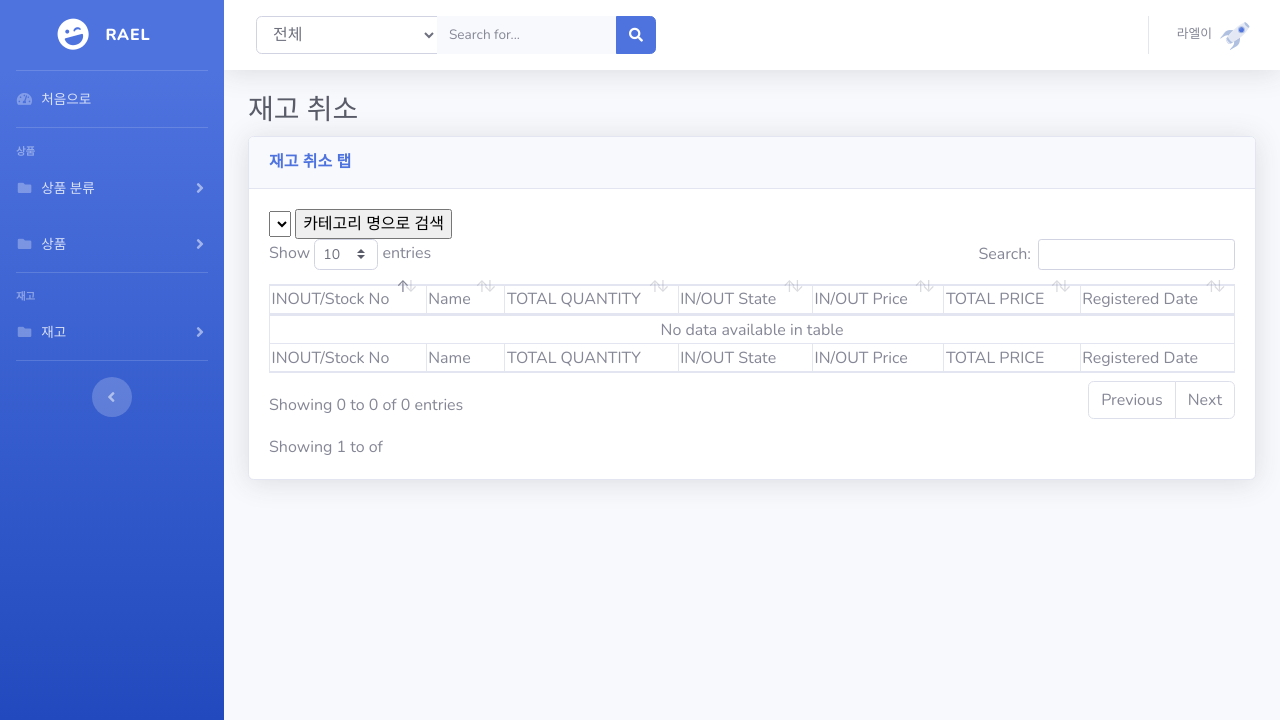
Repository: sww232/springRaelProject
Page: http://localhost/rael/WEB-INF/views/stock/stock_history_cancel.jsp
An editor plug-in stored every save of this project. The page is shown before and after the next save, followed by the edit.
The browser window is 1280 px wide. The pictures show the whole page.
The page is served by Tomcat 9. Nobody is signed in. Other server files are loaded and not shown. The template is opened directly, without the code that normally fills it, so the values that code supplies are empty.

Above is the page before, as saved 2022-10-12 09:02:58.

### raelproject3/rael/src/main/webapp/WEB-INF/views/stock/stock_history_cancel.jsp
<%@ page language="java" contentType="text/html; charset=UTF-8" pageEncoding="UTF-8"%>
<%@ taglib uri="http://java.sun.com/jsp/jstl/core" prefix="c"%>
<!DOCTYPE html>
<html>
<head>
<meta http-equiv="X-UA-Compatible" content="IE=edge">
<meta name="viewport" content="width=device-width, initial-scale=1, shrink-to-fit=no">
<meta name="description" content="">
<meta name="author" content="">
<meta charset="UTF-8">
<title>상품 조회</title>

<link href="/vendor/fontawesome-free/css/all.min.css" rel="stylesheet" type="text/css">
<!--  link href="/css/modal.css" rel="stylesheet" type="text/css" -->
<link href="https://fonts.googleapis.com/css?family=Nunito:200,200i,300,300i,400,400i,600,600i,700,700i,800,800i,900,900i" rel="stylesheet">

<!-- Custom styles for this template -->
<link href="/css/sb-admin-2.min.css" rel="stylesheet">
<!-- Custom styles for this page -->
<link href="/vendor/datatables/dataTables.bootstrap4.min.css" rel="stylesheet">

<script src="/vendor/jquery/jquery.min.js"></script>
<script src="/vendor/bootstrap/js/bootstrap.bundle.min.js"></script>

<!-- Core plugin JavaScript-->
<script src="/vendor/jquery-easing/jquery.easing.min.js"></script>

<!-- Custom scripts for all pages-->
<script src="/js/sb-admin-2.min.js"></script>

<!-- Page level plugins -->
<script src="/vendor/datatables/jquery.dataTables.min.js"></script>
<script src="/vendor/datatables/dataTables.bootstrap4.min.js"></script>

<!-- Page level custom scripts -->
<script src="/js/demo/datatables-demo.js"></script>

<script type="text/javascript">
	// 팝업오픈하여 폼데이터 Post 전송
	function popup(frm) {
		if (confirm("정말 재고를 취소할까요?")) {
			return true;
		} else
			return;

	}
</script>
</head>
<body id="page-top">
	<form>
		<div class="modal fade" id="moaModal1" tabindex="-1" role="dialog" aria-labelledby="exampleModalLabel" aria-hidden="true">

			<div class="modal-dialog" role="document">
				<div class="modal-content">
					<div class="modal-header">
						<h5 class="modal-title" id="exampleModalLabel">상품 등록을 위한 카테고리 선택</h5>
						<button class="close" type="button" data-dismiss="modal" aria-label="Close">
							<span aria-hidden="true">x</span>
						</button>
					</div>
					<div class="modal-body">
						<select name="categoryBox1" id="categoryBox1">
							<option value="defaultValue" selected></option>
							<c:forEach var="list" items="${categorynums}">
								<option value="${list}">${list}</option>
							</c:forEach>
						</select>
					</div>
					<div class="modal-footer">
						<button class="btn btn-primary" type="button" data-dismiss="modal">Cancel</button>
						<button class="btn btn-primary" type="submit" formaction="/product/product_insert">Choice</button>
					</div>
				</div>
			</div>
		</div>
		<div class="modal fade" id="moaModal2" tabindex="-1" role="dialog" aria-labelledby="exampleModalLabel" aria-hidden="true">

			<div class="modal-dialog" role="document">
				<div class="modal-content">
					<div class="modal-header">
						<h5 class="modal-title" id="exampleModalLabel">상품 추가 등록을 위한 카테고리 선택</h5>
						<button class="close" type="button" data-dismiss="modal" aria-label="Close">
							<span aria-hidden="true">x</span>
						</button>
					</div>
					<div class="modal-body">
						<select name="categoryBox2" id="categoryBox2">
							<option value="defaultValue" selected></option>
							<c:forEach var="list" items="${categorynums}">
								<option value="${list}">${list}</option>
							</c:forEach>
						</select>
					</div>
					<div class="modal-footer">
						<button class="btn btn-primary" type="button" data-dismiss="modal">Cancel</button>
						<button class="btn btn-primary" type="submit" formaction="/product/product_insert_detail">Choice</button>
					</div>
				</div>
			</div>
		</div>
		<div class="modal fade" id="moaModal3" tabindex="-1" role="dialog" aria-labelledby="exampleModalLabel" aria-hidden="true">

			<div class="modal-dialog" role="document">
				<div class="modal-content">
					<div class="modal-header">
						<h5 class="modal-title" id="exampleModalLabel">상품명/상세정보 수정을 위한 카테고리 선택</h5>
						<button class="close" type="button" data-dismiss="modal" aria-label="Close">
							<span aria-hidden="true">x</span>
						</button>
					</div>
					<div class="modal-body">
						<select name="categoryBox3" id="categoryBox3">
							<option value="defaultValue" selected></option>
							<c:forEach var="list" items="${categorynums}">
								<option value="${list}">${list}</option>
							</c:forEach>
						</select>
					</div>
					<div class="modal-footer">
						<button class="btn btn-primary" type="button" data-dismiss="modal">Cancel</button>
						<button class="btn btn-primary" type="submit" formaction="/product/product_update">Choice</button>
					</div>
				</div>
			</div>
		</div>
	</form>
	<div id="wrapper">
		<ul class="navbar-nav bg-gradient-primary sidebar sidebar-dark accordion" id="accordionSidebar">
			<!-- Sidebar - Brand -->
			<a class="sidebar-brand d-flex align-items-center justify-content-center" href="/">
				<div class="sidebar-brand-icon rotate-n-15">
					<i class="fas fa-laugh-wink"></i>
				</div>

				<div class="sidebar-brand-text mx-3">RAEL</div>
			</a>

			<!-- Divider -->
			<hr class="sidebar-divider my-0">

			<!-- Nav Item - Dashboard -->
			<li class="nav-item"><a class="nav-link" href="/"> <i class="fas fa-fw fa-tachometer-alt"></i> <span>처음으로</span></a></li>

			<!-- Divider -->
			<hr class="sidebar-divider">

			<!-- Heading -->
			<div class="sidebar-heading">상품</div>

			<!-- Nav Item - Pages Collapse Menu -->
			<li class="nav-item"><a class="nav-link collapsed" href="#" data-toggle="collapse" data-target="#collapseTwo" aria-expanded="true" aria-controls="collapseTwo"> <i class="fas fa-fw fa-folder"></i> <span>상품 분류</span>
			</a>
				<div id="collapseTwo" class="collapse" aria-labelledby="headingTwo" data-parent="#accordionSidebar">
					<div class="bg-white py-2 collapse-inner rounded">
						<h6 class="collapse-header">상풍 분류 탭</h6>
						<a class="collapse-item" href="/product/category_select?page=${page}&recordSize=${recordSize}&pageSize=${pageSize}">상품 분류 조회</a> <a class="collapse-item" href="/product/category_insert?insertresult=0">상품 분류 등록</a> <a class="collapse-item" href="/product/category_update">상품 분류 수정</a>
					</div>
				</div></li>

			<!-- Nav Item - Utilities Collapse Menu -->
			<li class="nav-item"><a class="nav-link collapsed" href="#" data-toggle="collapse" data-target="#collapseUtilities" aria-expanded="true" aria-controls="collapseUtilities"> <i class="fas fa-fw fa-folder"></i> <span>상품</span>
			</a>
				<div id="collapseUtilities" class="collapse" aria-labelledby="headingUtilities" data-parent="#accordionSidebar">
					<div class="bg-white py-2 collapse-inner rounded">
						<h6 class="collapse-header">상품 탭</h6>
						<a class="collapse-item" href="/product/all_select?page=${page}&recordSize=${recordSize}&pageSize=${pageSize}">상품 조회</a> <a class="collapse-item" href="#" data-toggle="modal" data-target="#moaModal1"> <i class="fas fa-arrow-right"></i>상품 등록
						</a> <a class="collapse-item" href="#" data-toggle="modal" data-target="#moaModal2"> <i class="fas fa-arrow-right"></i>상품 추가 등록
						</a> <a class="collapse-item" href="#" data-toggle="modal" data-target="#moaModal3"> <i class="fas fa-arrow-right"></i>상품명/상세정보 수정
						</a>
					</div>
				</div></li>

			<!-- Divider -->
			<hr class="sidebar-divider">

			<!-- Heading -->
			<div class="sidebar-heading">재고</div>

			<!-- Nav Item - Pages Collapse Menu -->
			<li class="nav-item"><a class="nav-link collapsed" href="#" data-toggle="collapse" data-target="#collapsePages" aria-expanded="true" aria-controls="collapsePages"> <i class="fas fa-fw fa-folder"></i> <span>재고</span>
			</a>
				<div id="collapsePages" class="collapse" aria-labelledby="headingPages" data-parent="#accordionSidebar">
					<div class="bg-white py-2 collapse-inner rounded">
						<h6 class="collapse-header">재고</h6>
						<a class="collapse-item" href="/stock/stock_select?page=${page}&recordSize=${recordSize}&pageSize=${pageSize}">재고 조회 및 입/출고</a>
						<div class="collapse-divider"></div>
						<h6 class="collapse-header">재고 입/출고</h6>
						<a class="collapse-item" href="/stock/stock_history?page=${page}&recordSize=${recordSize}&pageSize=${pageSize}">내역</a> <a class="collapse-item" href="/stock/stock_history_cancel?page=${page}&recordSize=${recordSize}&pageSize=${pageSize}">취소</a>
					</div>
				</div></li>

			<!-- Divider -->
			<hr class="sidebar-divider d-none d-md-block">

			<!-- Sidebar Toggler (Sidebar) -->
			<div class="text-center d-none d-md-inline">
				<button class="rounded-circle border-0" id="sidebarToggle"></button>
			</div>

		</ul>

		<!-- End of Sidebar -->

		<!-- Content Wrapper -->
		<div id="content-wrapper" class="d-flex flex-column">

			<!-- Main Content -->
			<div id="content">

				<!-- Topbar -->
				<nav class="navbar navbar-expand navbar-light bg-white topbar mb-4 static-top shadow">

					<!-- Sidebar Toggle (Topbar) -->
					<form class="form-inline">
						<button id="sidebarToggleTop" class="btn btn-link d-md-none rounded-circle mr-3">
							<i class="fa fa-bars"></i>
						</button>
					</form>

					<!-- Topbar Search -->
					<form class="d-none d-sm-inline-block form-inline mr-auto ml-md-3 my-2 my-md-0 mw-100 navbar-search" id="searchForm" autocomplete="off" action="/stock/stock_history_cancel?page=${page}&recordSize=${recordSize}&pageSize=${pageSize}">

						<div class="input-group">
							<select id="searchType" name="searchType" class="form-control">
								<option value="" selected>전체</option>
								<option value="product_name">제품 이름</option>
								<option value="product_company">회사명</option>
							</select> <input type="text" class="form-control bg-light border-0 small" placeholder="Search for..." aria-label="Search" aria-describedby="basic-addon2" id="keyword" name="keyword">
							<div class="input-group-append">
								<button class="btn btn-primary" type="submit">
									<i class="fas fa-search fa-sm"></i>
								</button>
							</div>
						</div>
					</form>



					<!-- Topbar Navbar -->
					<ul class="navbar-nav ml-auto">

						<!-- Nav Item - Search Dropdown (Visible Only XS) -->
						<li class="nav-item dropdown no-arrow d-sm-none"><a class="nav-link dropdown-toggle" href="#" id="searchDropdown" role="button" data-toggle="dropdown" aria-haspopup="true" aria-expanded="false"> <i class="fas fa-search fa-fw"></i>
						</a> <!-- Dropdown - Messages -->
							<div class="dropdown-menu dropdown-menu-right p-3 shadow animated--grow-in" aria-labelledby="searchDropdown">
								<form class="form-inline mr-auto w-100 navbar-search">
									<div class="input-group">
										<input type="text" class="form-control bg-light border-0 small" placeholder="Search for..." aria-label="Search" aria-describedby="basic-addon2">
										<div class="input-group-append">
											<button class="btn btn-primary" type="button">
												<i class="fas fa-search fa-sm"></i>
											</button>
										</div>
									</div>
								</form>
							</div></li>

						<div class="topbar-divider d-none d-sm-block"></div>

						<!-- Nav Item - User Information -->
						<li class="nav-item dropdown no-arrow"><a class="nav-link dropdown-toggle" href="#" id="userDropdown" role="button" data-toggle="dropdown" aria-haspopup="true" aria-expanded="false"> <span class="mr-2 d-none d-lg-inline text-gray-600 small">라엘이</span> <img class="img-profile rounded-circle" src="/img/undraw_rocket.svg">
						</a> <!-- Dropdown - User Information -->
							<div class="dropdown-menu dropdown-menu-right shadow animated--grow-in" aria-labelledby="userDropdown">
								<div class="dropdown-divider"></div>
								<a class="dropdown-item" href="#" data-toggle="modal" data-target="#logoutModal"> <i class="fas fa-sign-out-alt fa-sm fa-fw mr-2 text-gray-400"></i> Logout
								</a>
							</div></li>
					</ul>
				</nav>
				<div class="container-fluid">

					<!-- Page Heading -->
					<h1 class="h3 mb-2 text-gray-800">재고 취소</h1>
					<div class="card shadow mb-4">
						<div class="card-header py-3">
							<h6 class="m-0 font-weight-bold text-primary">재고 취소 탭</h6>
						</div>
						<div class="card-body">
							<div class="table-responsive">
								<div id="dataTable_wrapper" class="dataTables_wrapper dt-bootstrap4">
									<div class="row">
										<form>
											<div class="dataTable_filter" id="dataTable_filter">
												<select name="categoryBox" id="categoryBox">
													<option value="defaultValue" selected></option>
													<c:forEach var="list" items="${categorynums}">
														<option value="${list}">${list}</option>
													</c:forEach>
												</select> <input type="submit" value="카테고리 명으로 검색">
											</div>
										</form>
									</div>
									<div class="row">
										<div class="col-sm-12">
											<form name="formData" method="post" onsubmit="javascript:popup(this)">
												<table class="table table-bordered" id="dataTable" width="100%" cellspacing="0">
													<thead>
														<tr>
															<td>INOUT/Stock No</td>
															<td>Name</td>
															<td>TOTAL QUANTITY</td>
															<td>IN/OUT State</td>
															<td>IN/OUT Price</td>
															<td>TOTAL PRICE</td>
															<td>Registered Date</td>
														</tr>
													</thead>
													<tfoot>
														<tr>
															<td>INOUT/Stock No</td>
															<td>Name</td>
															<td>TOTAL QUANTITY</td>
															<td>IN/OUT State</td>
															<td>IN/OUT Price</td>
															<td>TOTAL PRICE</td>
															<td>Registered Date</td>
														</tr>
													</tfoot>
													<tbody>
														<c:forEach items="${datas.list}" var="data">
															<tr>
																<c:choose>
																	<c:when test="${data.STOCKSTATE eq 'NA'}">
																		<td>${data.STOCKSEQUENCE}/${data.STOCKNUM}</td>
																	</c:when>
																	<c:otherwise>
																		<td><input type="submit" name="stock num" value="${data.STOCKSEQUENCE}/${data.STOCKNUM}" formaction="/stock/stock_history/CANCEL/${data.STOCKSEQUENCE}"></td>

																	</c:otherwise>
																</c:choose>
																<td>${data.STOCKNAME}</td>
																<td>${data.STOCKQUANTITY}</td>
																<c:choose>
																	<c:when test="${data.STOCKSTATE eq 'NA'}">
																		<td bgcolor="red">${data.STOCKSTATE}</td>
																	</c:when>
																	<c:otherwise>
																		<td>${data.STOCKSTATE}</td>
																	</c:otherwise>
																</c:choose>
																<td>${data.STOCKPRICE}</td>
																<td>${data.STOCKPRICESUM}</td>
																<td>${data.STOCKAPPENDDATE}</td>
															<tr>
														</c:forEach>
													</tbody>

												</table>
											</form>
											<div class="row">
												<div class="col-sm-12 col-md-5">
													<div class="dataTables_info" id="dataTable_info" role="status" aria-live="polite">
														<c:if test="${shownumber >= allcount}">
												Showing ${datas.pagination.limitStart + 1} to ${allcount} of ${allcount}
											</c:if>
														<c:if test="${shownumber < allcount}">
												Showing ${datas.pagination.limitStart + 1} to ${datas.pagination.limitStart + 10} of ${allcount}
											</c:if>
													</div>
												</div>
												<div class="col-sm-12 col-md-7">
													<div class="dataTables_paginate paging_simple_numbers" id="dataTable_paginate">
														<ul class="pagination">
															<c:if test="${datas.pagination.totalPageCount < 1}">
																<li>0</li>
															</c:if>
															<c:if test="${datas.pagination.totalPageCount > 0}">
																<c:forEach begin="${datas.pagination.startPage}" end="${datas.pagination.endPage}" var="num">
																	<li><a href='<c:url value="/stock/stock_history_cancel?page=${num}&recordSize=${recordSize}&pageSize=${pageSize}&keyword=${param.keyword}&searchType=${param.searchType}"/>'>${num}</a></li>
																</c:forEach>
															</c:if>
															<c:if test="${pagination.existPrevPage eq true}">
																<li><a href='<c:url value="/stock/stock_history_cancel?page=${datas.pagination.startPage-1}&recordSize=${recordSize}&pageSize=${pageSize}&keyword=${param.keyword}&searchType=${param.searchType}"/>'>이전</a></li>
															</c:if>
															<c:if test="${pagination.existNextPage eq true}">
																<li><a href='<c:url value="/stock/stock_history_cancel?page=${datas.pagination.endPage+1}&recordSize=${recordSize}&pageSize=${pageSize}&keyword=${param.keyword}&searchType=${param.searchType}"/>'>다음</a></li>
															</c:if>
														</ul>
													</div>
												</div>
											</div>
										</div>
									</div>
								</div>
							</div>
						</div>
					</div>
				</div>
			</div>
		</div>
	</div>
</body>
</html>

### raelproject3/rael/src/main/resources/static/img/undraw_rocket.svg
<?xml version="1.0" encoding="utf-8"?>
<!-- Generator: Adobe Illustrator 25.0.0, SVG Export Plug-In . SVG Version: 6.00 Build 0)  -->
<svg version="1.1" id="b759170a-51c3-4e2f-999d-77dec9fd6d11"
	 xmlns="http://www.w3.org/2000/svg" xmlns:xlink="http://www.w3.org/1999/xlink" x="0px" y="0px" viewBox="0 0 650.9 610.5"
	 style="enable-background:new 0 0 650.9 610.5;" xml:space="preserve">
<style type="text/css">
	.st0{fill:#AFC0E0;}
	.st1{opacity:0.2;fill:#FFFFFF;enable-background:new    ;}
	.st2{opacity:0.1;enable-background:new    ;}
	.st3{fill:#E3E8F4;}
	.st4{fill:#4E73DF;}
</style>
<path class="st0" d="M174,321c-2-1.6-4.2-3-6.6-4.2c-51.8-26.2-157,67.8-157,67.8L0,372.7c0,0,42.1-43.8,92.4-117.3
	c45.2-66.1,150.7-51.8,171.4-48.3c2.3,0.4,3.6,0.7,3.6,0.7C298.7,288.3,174,321,174,321z"/>
<path class="st1" d="M269.4,213.9c-0.6-2-1.3-4-2-6c0,0-1.2-0.2-3.6-0.7c-20.7-3.5-126.2-17.8-171.4,48.3C42.1,329,0,372.7,0,372.7
	l5.9,6.7c0,0,42.1-43.8,92.4-117.3C143.3,196.3,248,210.2,269.4,213.9z"/>
<path class="st0" d="M337.7,533.4c-79.2,40.8-127.8,77.1-127.8,77.1l-10.5-11.9c0,0,111.1-96.8,85.3-150.9c-0.5-1.2-1.2-2.3-1.9-3.4
	c0,0,47.9-119.6,123.9-78.5c0,0,0.1,1,0.2,2.9C407.8,387.8,409.7,496.3,337.7,533.4z"/>
<path class="st2" d="M174,321c-2-1.6-4.2-3-6.6-4.2c29.3-38.9,61.5-75.5,96.3-109.7c2.3,0.4,3.6,0.7,3.6,0.7
	C298.7,288.3,174,321,174,321z"/>
<path class="st2" d="M406.9,368.6c-38.6,29.6-79.4,56.1-122.3,79.1c-0.5-1.2-1.2-2.3-1.9-3.4c0,0,47.9-119.6,123.9-78.5
	C406.7,365.7,406.8,366.7,406.9,368.6z"/>
<path class="st3" d="M263.6,455.5c-20.3,10.4-41.6,20.5-64,30.2c-33.6,14.6-51.5-2.2-80.7-91.5c0,0,12.5-22.5,37.2-57
	c54.3-75.8,167.5-209.1,336.1-286.7C542.7,27.1,596.1,10.1,650.9,0c0,0-9.1,68.8-62,160.1S439.1,365.3,263.6,455.5z"/>
<circle class="st0" cx="435.6" cy="199.7" r="71.6"/>
<path class="st4" d="M469.2,237.9c-21,18.6-53.1,16.6-71.7-4.5c-7.8-8.8-12.2-20-12.7-31.8c-0.2-4.7,0.3-9.4,1.4-14
	c0.5-2,1.1-4.1,1.9-6c2.9-7.7,7.7-14.5,13.8-19.9c0.3-0.3,0.6-0.5,0.9-0.8c17.1-14.4,41.5-15.9,60.3-3.8c3.5,2.3,6.7,4.9,9.5,7.9
	l1,1.1C492.2,187.2,490.2,219.3,469.2,237.9C469.2,237.8,469.2,237.9,469.2,237.9z"/>
<path class="st0" d="M588.9,160.1c-83-35.2-96.8-109.6-96.8-109.6C542.7,27,596.1,10.1,650.9,0C650.9,0,641.8,68.8,588.9,160.1z"/>
<path class="st0" d="M263.6,455.5c-13.7,7.1-27.9,13.9-42.6,20.7c-7,3.2-14.1,6.4-21.4,9.5c-10.9,4.7-51.5-2.2-80.7-91.5
	c0,0,4.1-7.3,12.1-20c6.1-9.6,14.5-22.2,25.1-37c0,0,11,33.2,41.1,67.3C215.8,425.7,238.4,443,263.6,455.5z"/>
<path class="st3" d="M221,476.2c-7,3.2-14.1,6.4-21.4,9.5c-10.9,4.7-51.5-2.2-80.7-91.5c0,0,4.1-7.3,12.1-20
	C131,374.2,170.2,456.9,221,476.2z"/>
<path class="st1" d="M463.2,157l-0.1,0l-60.1,3.9c-0.3,0.3-0.6,0.5-0.9,0.8c-6.2,5.4-10.9,12.3-13.8,19.9l84.5-16.6L463.2,157z"/>
<path class="st1" d="M438.8,194.3l-53.9,7.3c-0.2-4.7,0.3-9.4,1.4-14l52.8,1.4L438.8,194.3z"/>
<path class="st1" d="M131.7,408.7c0,0,12.5-22.5,37.2-57C223.2,276,336.4,142.7,504.9,65c45.6-21.1,93.3-36.9,142.5-47.3
	C650.1,6.4,650.9,0,650.9,0c-54.8,10.1-108.2,27-158.7,50.5c-168.6,77.7-281.8,211-336.1,286.7c-24.7,34.4-37.2,57-37.2,57
	c11.5,35.3,26.6,57,40.5,70.3C149.4,451.4,139.7,433.3,131.7,408.7z"/>
</svg>

Loaded but not shown: raelproject3/rael/src/main/resources/static/css/sb-admin-2.min.css (library); raelproject3/rael/src/main/resources/static/js/sb-admin-2.min.js (common file); raelproject3/rael/src/main/resources/static/js/demo/datatables-demo.js (common file)

After the next save:
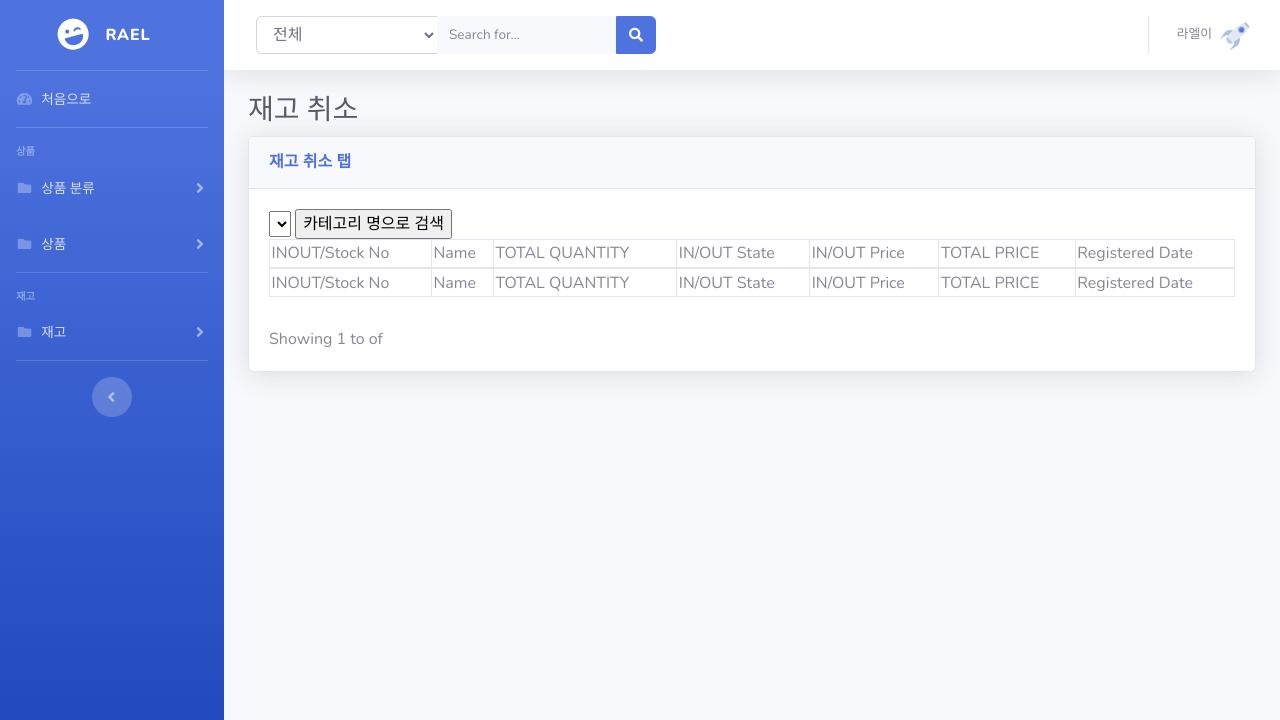
Console error: TypeError: Cannot read properties of undefined (reading 'defaults')
Saved 57 s later.
--- a/raelproject3/rael/src/main/webapp/WEB-INF/views/stock/stock_history_cancel.jsp
+++ b/raelproject3/rael/src/main/webapp/WEB-INF/views/stock/stock_history_cancel.jsp
@@ -3,12 +3,11 @@
 <!DOCTYPE html>
 <html>
 <head>
-<meta http-equiv="X-UA-Compatible" content="IE=edge">
 <meta name="viewport" content="width=device-width, initial-scale=1, shrink-to-fit=no">
 <meta name="description" content="">
 <meta name="author" content="">
 <meta charset="UTF-8">
-<title>상품 조회</title>
+<title>재고 조회</title>
 
 <link href="/vendor/fontawesome-free/css/all.min.css" rel="stylesheet" type="text/css">
 <!--  link href="/css/modal.css" rel="stylesheet" type="text/css" -->
@@ -29,7 +28,6 @@
 <script src="/js/sb-admin-2.min.js"></script>
 
 <!-- Page level plugins -->
-<script src="/vendor/datatables/jquery.dataTables.min.js"></script>
 <script src="/vendor/datatables/dataTables.bootstrap4.min.js"></script>
 
 <!-- Page level custom scripts -->
